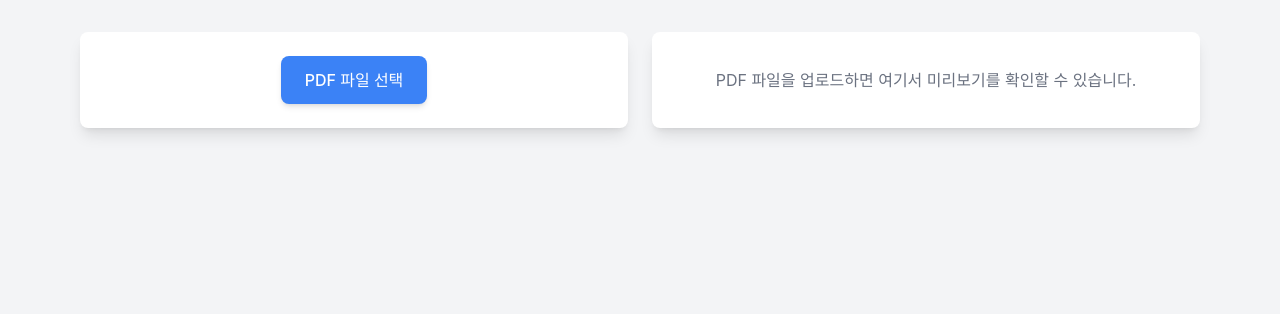
Repository: orcaCrew/PDF-Handler
Page: /
These files come from the project's save history. The page is drawn as it stood at one moment and after the next save; the edit follows.
The browser window is 1280 px wide. The pictures show the whole page.
The project was rebuilt for these pictures with package versions that can differ from the ones it lists, and the page was loaded fresh each time.

Above is the page before, as saved 2025-07-18 14:06:28.

After the next save:
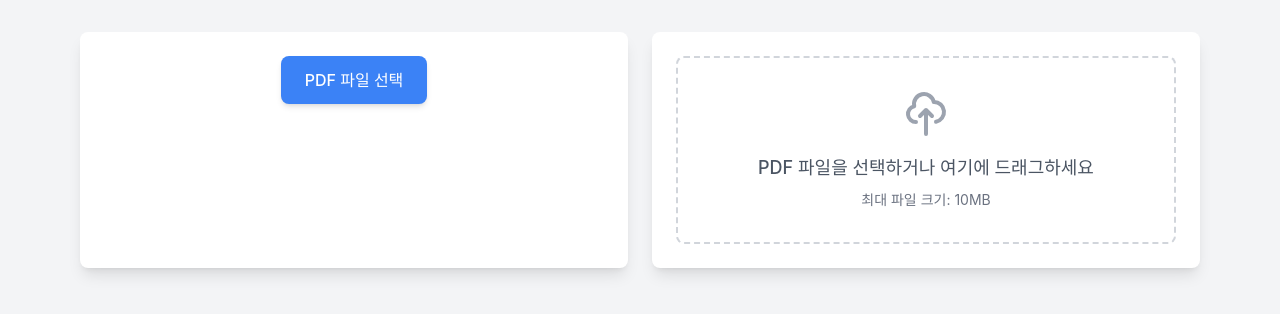
Saved 30 s later.
--- a/src/App.js
+++ b/src/App.js
@@ -172,8 +172,40 @@ function App() {
                 </div>
               </div>
             ) : (
-              <div className="text-center text-gray-500 h-full flex items-center justify-center">
-                <p>PDF 파일을 업로드하면 여기서 미리보기를 확인할 수 있습니다.</p>
+              <div
+                className={`border-2 border-dashed rounded-lg p-8 text-center transition-colors h-full flex items-center justify-center ${
+                  isDragOver
+                    ? 'border-blue-500 bg-blue-50'
+                    : 'border-gray-300 hover:border-blue-400'
+                }`}
+                onDragOver={handleDragOver}
+                onDragLeave={handleDragLeave}
+                onDrop={handleDrop}
+              >
+                <label
+                  htmlFor="file-upload"
+                  className="cursor-pointer flex flex-col items-center"
+                >
+                  <svg
+                    className="w-12 h-12 text-gray-400 mb-4"
+                    fill="none"
+                    stroke="currentColor"
+                    viewBox="0 0 24 24"
+                  >
+                    <path
+                      strokeLinecap="round"
+                      strokeLinejoin="round"
+                      strokeWidth={2}
+                      d="M7 16a4 4 0 01-.88-7.903A5 5 0 1115.9 6L16 6a5 5 0 011 9.9M15 13l-3-3m0 0l-3 3m3-3v12"
+                    />
+                  </svg>
+                  <span className="text-lg font-medium text-gray-600">
+                    PDF 파일을 선택하거나 여기에 드래그하세요
+                  </span>
+                  <span className="text-sm text-gray-500 mt-2">
+                    최대 파일 크기: 10MB
+                  </span>
+                </label>
               </div>
             )}
           </div>
